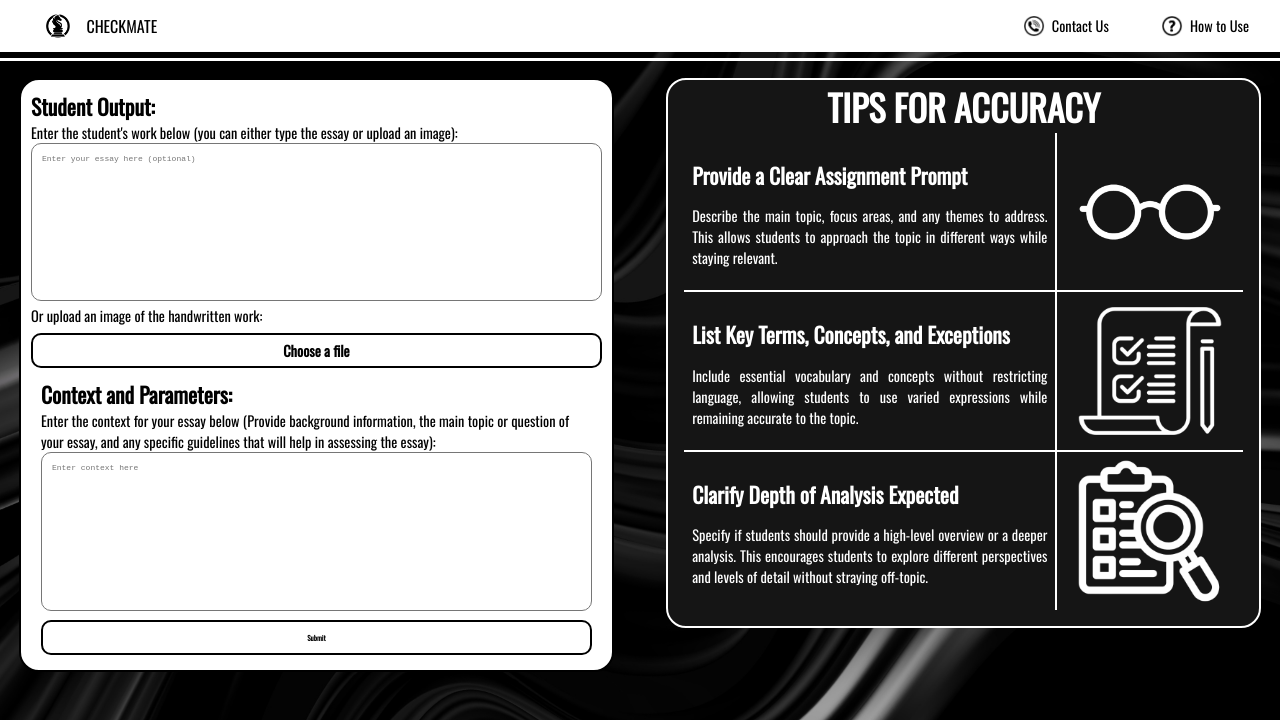
Repository: iiTzXyZ11/CheckMateAI
Page: http://localhost/scan
An editor plug-in stored every save of this project. The page is shown before and after the next save, followed by the edit.
The browser window is 1280 px wide. The pictures show the whole page.
The page is served by the project's application, run on Flask 3 (app.py).

Above is the page before, as saved 2025-01-30 21:38:03.

After the next save:
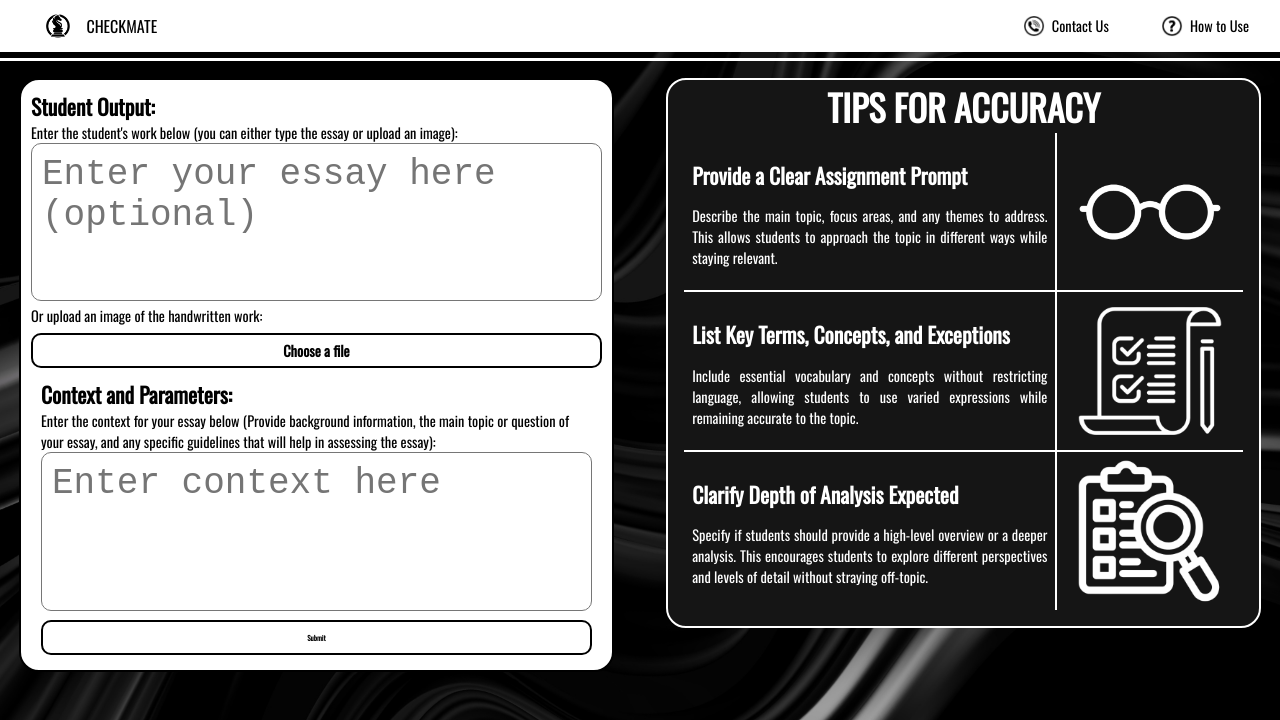
Saved 42 s later.
--- a/static/css/test_style.css
+++ b/static/css/test_style.css
@@ -11,7 +11,7 @@
     }
 
     .box  textarea, .box1 textarea{
-        font-size: clamp(0.5rem,1vh,3rem);
+        font-size: clamp(0.5rem,5vh,3rem);
     }
 
     .box{
